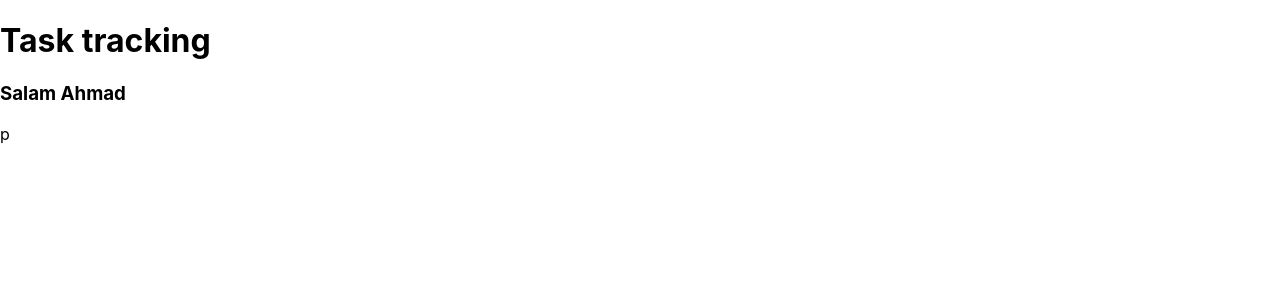
Repository: feyroozecode/task_tracker
Page: /
An editor plug-in stored every save of this project. The page is shown before and after the next save, followed by the edit.
The browser window is 1280 px wide. The pictures show the whole page.
The project was rebuilt for these pictures with package versions that can differ from the ones it lists, and the page was loaded fresh each time. Also part of the build but not shown: src/App.css.

Above is the page before, as saved 2023-10-19 12:18:52.

### public/index.html
<!DOCTYPE html>
<html lang="en">
  <head>
    <meta charset="utf-8" />
    <link rel="icon" href="%PUBLIC_URL%/favicon.ico" />
    <meta name="viewport" content="width=device-width, initial-scale=1" />
    <meta name="theme-color" content="#000000" />
    <meta
      name="description"
      content="Web site created using create-react-app"
    />
    <link rel="apple-touch-icon" href="%PUBLIC_URL%/logo192.png" />

    <link rel="manifest" href="%PUBLIC_URL%/manifest.json" />

    <title>React App</title>
  </head>
  <body>
    <noscript>You need to enable JavaScript to run this app.</noscript>

    <div id="root"></div>

  </body>
</html>

### src/App.js
import './App.css';

function App() {
  const userName = 'Ahmad'

  return (
    <div className="container">
      <h1>Task tracking </h1>
      <h3>Salam {userName} </h3>

      p
    </div>
  );
}

export default App;

Loaded but not shown: src/index.js (common file); src/index.css (common file)

After the next save:
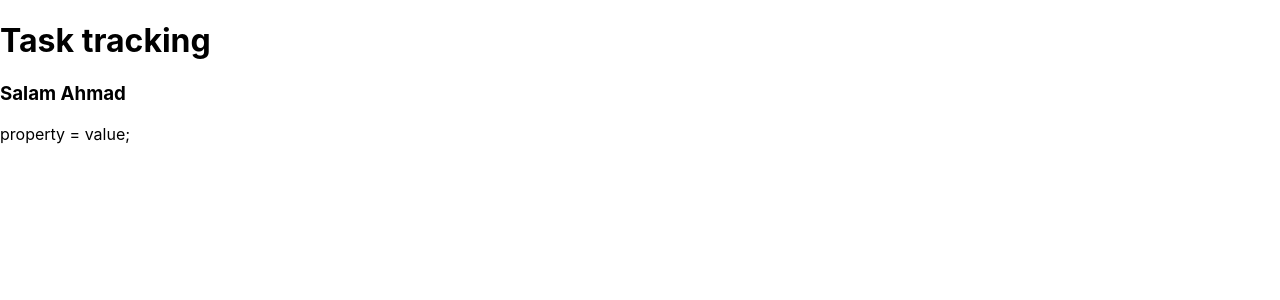
Saved 12 s later.
--- a/src/App.js
+++ b/src/App.js
@@ -8,7 +8,7 @@ function App() {
       <h1>Task tracking </h1>
       <h3>Salam {userName} </h3>
 
-      p
+      property = value;
     </div>
   );
 }
